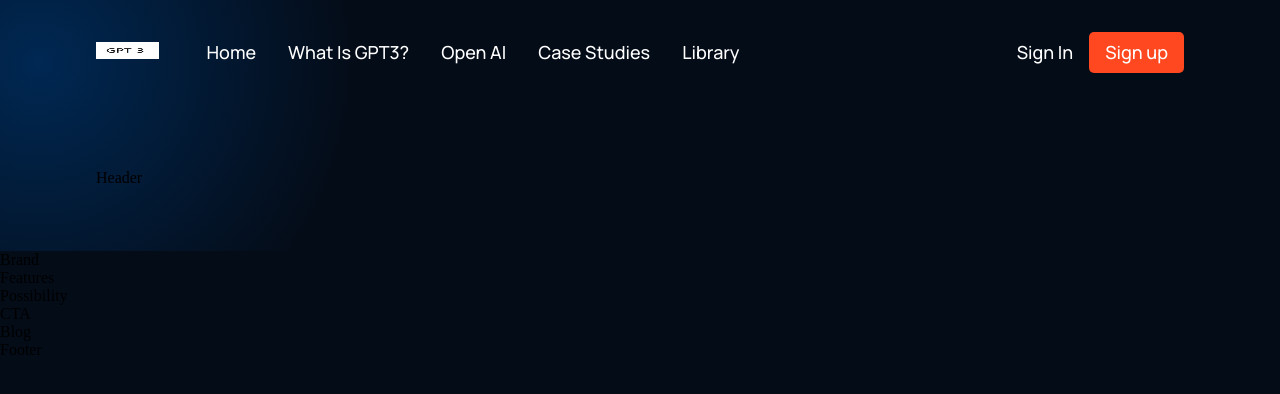
Repository: GeorgiosDev/OpenAI-Clone
Page: /
The author's editor kept a copy of each file at every save. The page is drawn from the files as they stood at one save, then again after a run of saves.
The browser window is 1280 px wide. The pictures show the whole page.
The project was rebuilt for these pictures with package versions that can differ from the ones it lists, and the page was loaded fresh each time. Also part of the build but not shown: src/components/article/article.css, src/components/article/Article.jsx, src/components/cta/cta.css, src/components/feature/Feature.jsx, src/containers/blog/blog.css, src/containers/features/features.css, src/containers/footer/footer.css, src/containers/header/header.css and 2 more.

Above is the page before, as saved 2025-01-31 15:26:44.

After the next 4 saves:
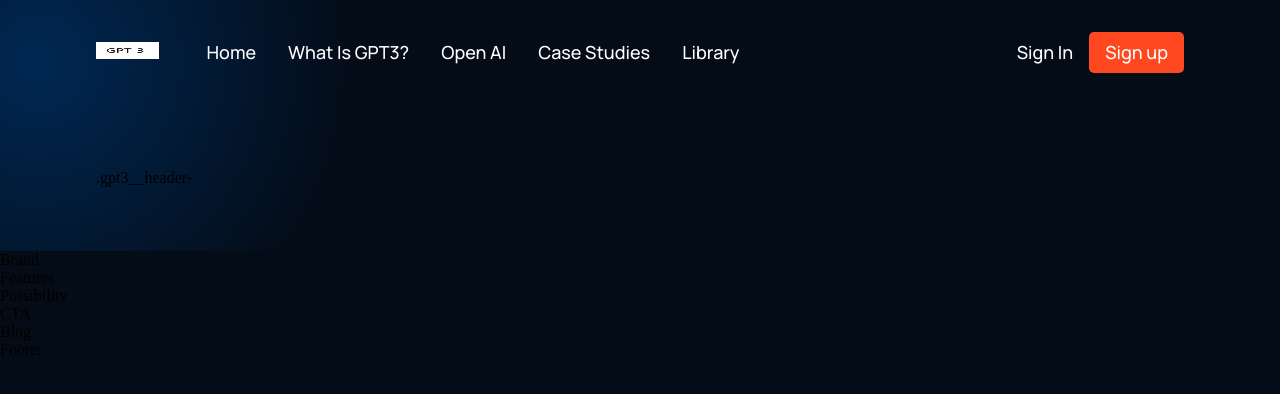
The 4 saves are shown as one change because they came seconds apart.
The last was saved 11 s later.
--- a/src/containers/header/Header.jsx
+++ b/src/containers/header/Header.jsx
@@ -3,7 +3,7 @@
 const Header = () => {
   return (
     <div className='gpt3__header section__padding' id='home'>
-      Header
+      .gpt3__header-
     </div>
   )
 }
